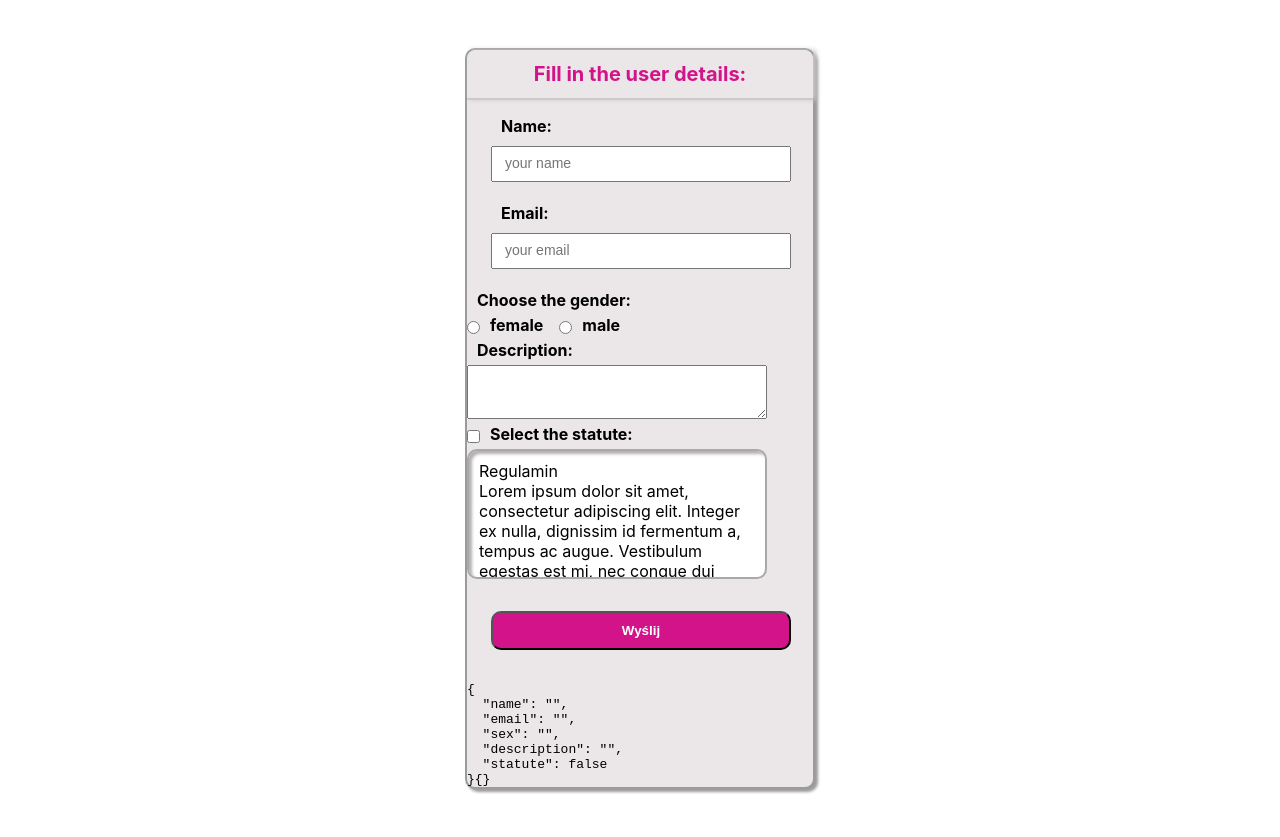
Repository: KrzysKolo/sr_tydzien4_zad3
Page: /
An editor plug-in stored every save of this project. The page is shown before and after the next save, followed by the edit.
The browser window is 1280 px wide. The pictures show the whole page.
The project was rebuilt for these pictures with package versions that can differ from the ones it lists, and the page was loaded fresh each time. Also part of the build but not shown: src/components/FormComponents/TextError.js.

Above is the page before, as saved 2020-11-19 17:25:52.

After the next save:
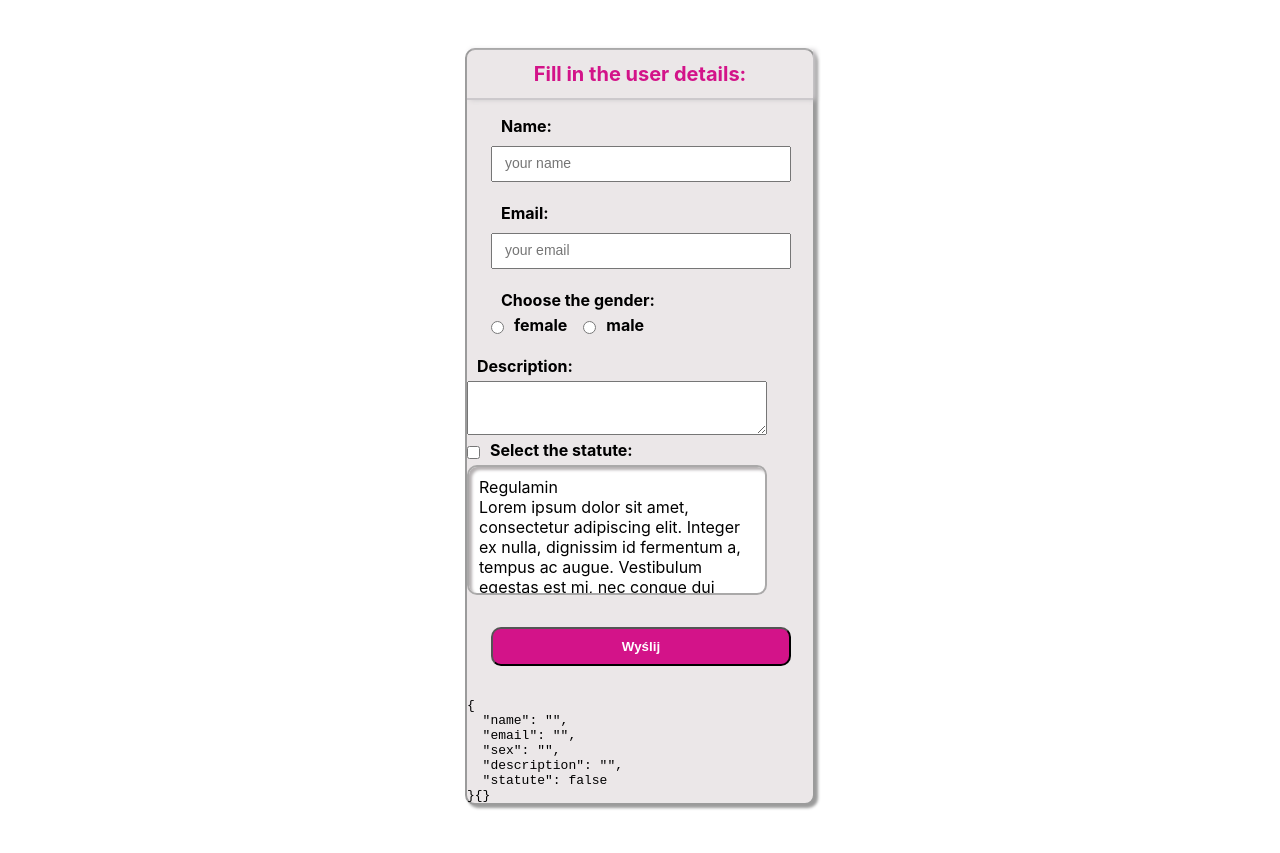
Saved 7 s later.
--- a/src/components/FormComponents/Radio.js
+++ b/src/components/FormComponents/Radio.js
@@ -5,7 +5,7 @@ import TextError from './TextError';
 const Radio = (props) => {
     const { label, name, options, ...rest } = props;
     return (
-        <div className="form-control">
+        <div className="form-control section">
             <label htmlFor={name}>{label}</label>
             <div className="row">
                 <Field name={name} {...rest}>
